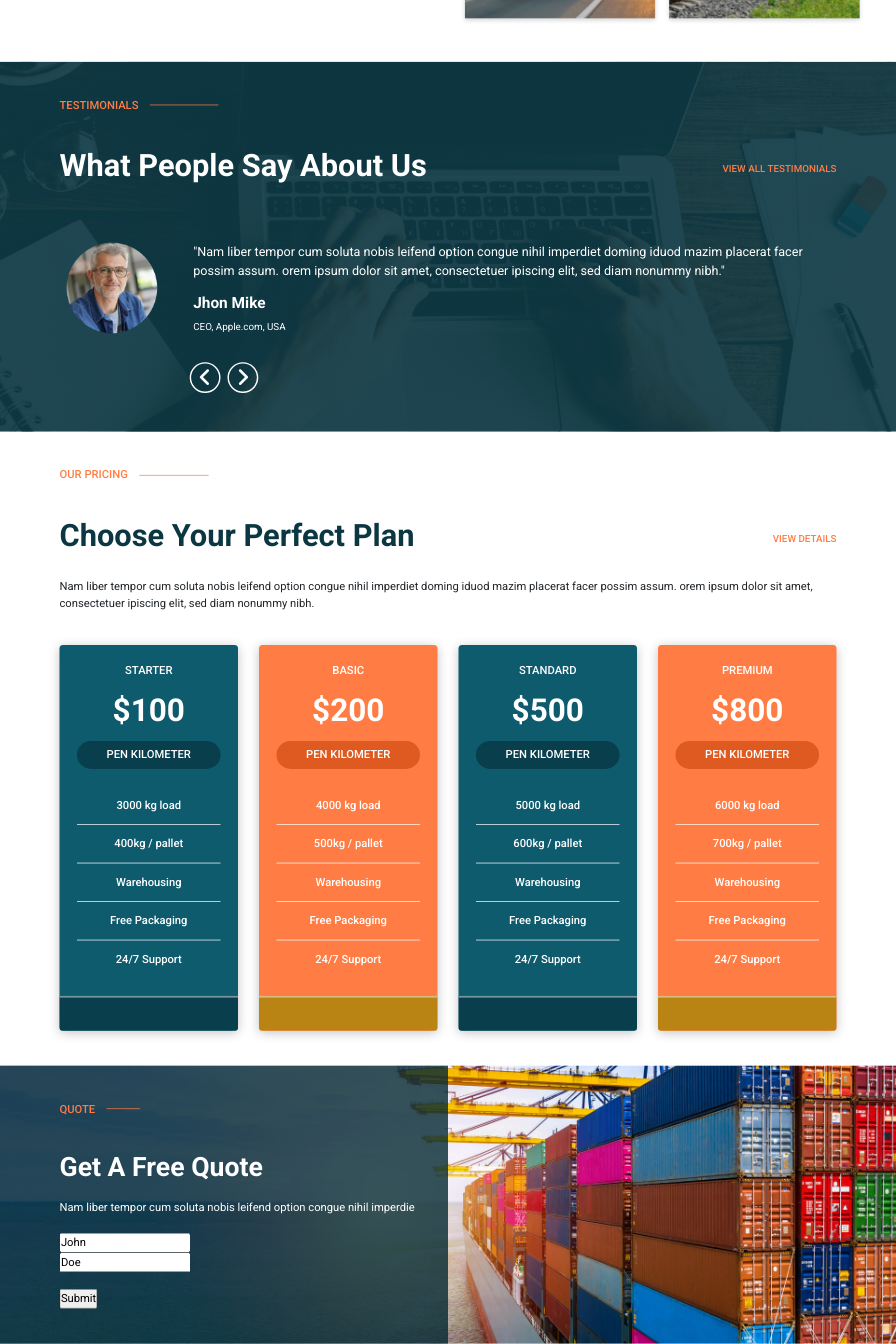
Repository: nazmulalok/shipping-theme
Page: index.html
An editor plug-in stored every save of this project. The page is shown before and after the next save, followed by the edit.
The browser window is 1280 px wide. The pictures show the part of the page from y = 3118 to 5038 px (the page is 5038 px tall before and 4958 px after), at 70% of full size.
Some web libraries are served in a nearby version.

Above is the page before, as saved 2022-10-09 16:55:17.

After the next save:
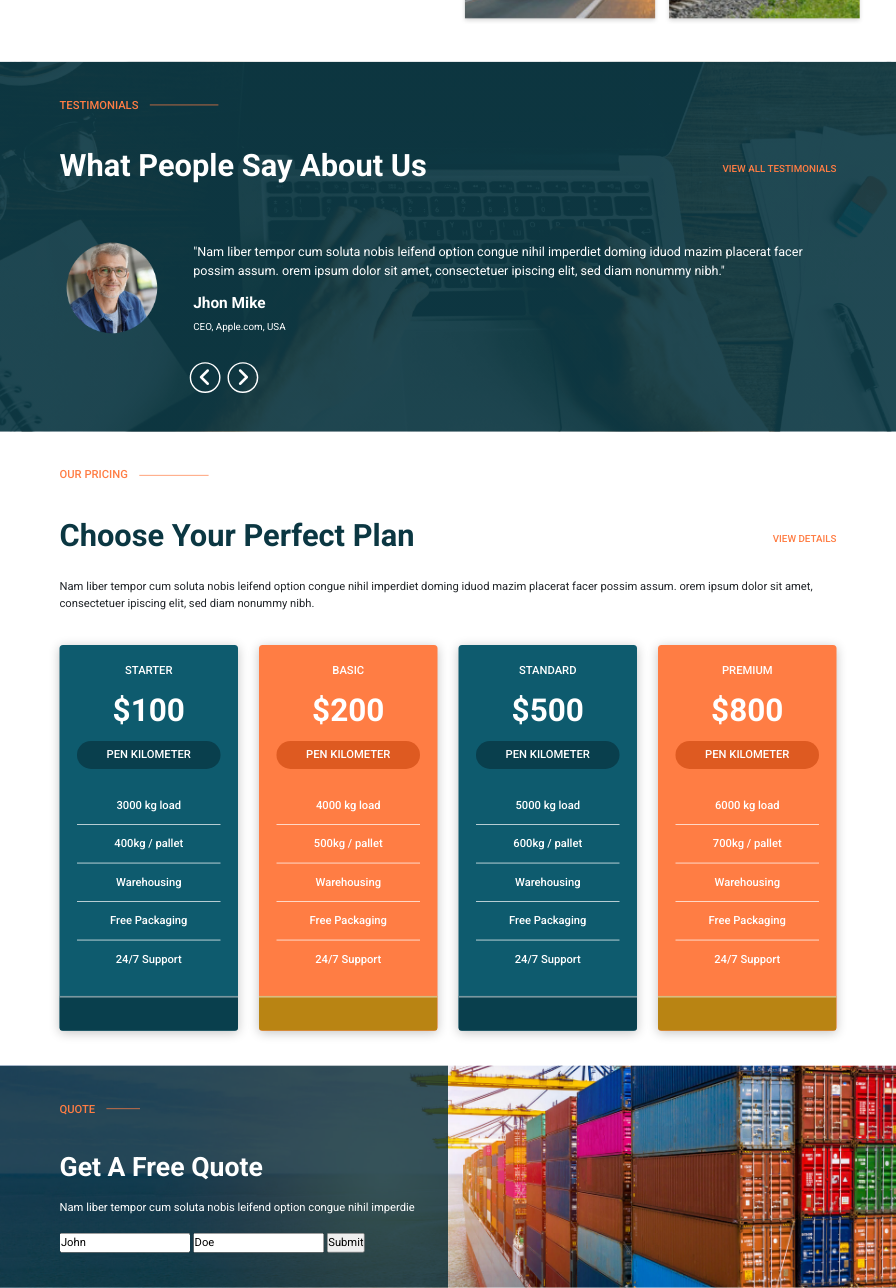
Saved 16 s later.
--- a/index.html
+++ b/index.html
@@ -444,8 +444,8 @@
                             imperdie</p>
                         <div class="form-holder">
                             <form action="#">
-                                <input type="text" id="fname" name="fname" value="John"><br>
-                                <input type="text" id="lname" name="lname" value="Doe"><br><br>
+                                <input type="text" id="fname" name="fname" value="John">
+                                <input type="text" id="lname" name="lname" value="Doe">
                                 <input type="submit" value="Submit">
                             </form>
                         </div>
